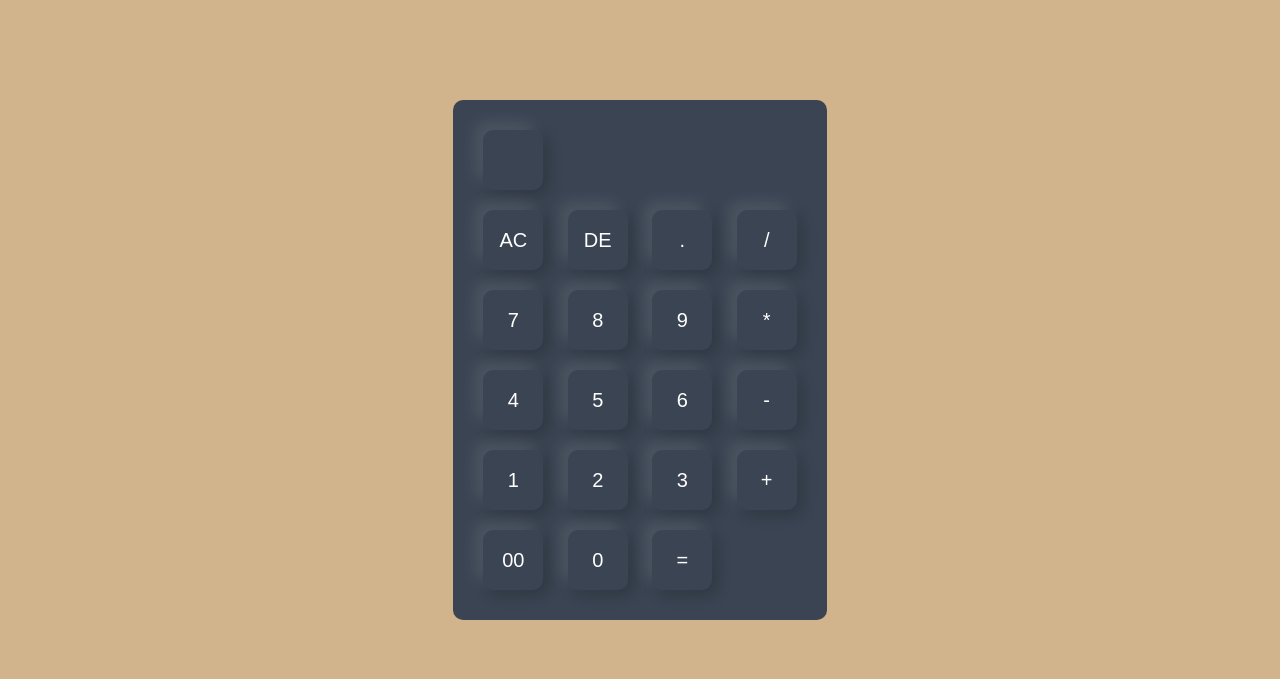
Repository: Anureet23/Calculator
Page: index.html
These files come from the project's save history. The page is drawn as it stood at one moment and after a run of saves; the edit follows.
The browser window is 1280 px wide. The pictures show the whole page.

Above is the page before, as saved 2023-02-07 22:59:12.

After the next 2 saves:
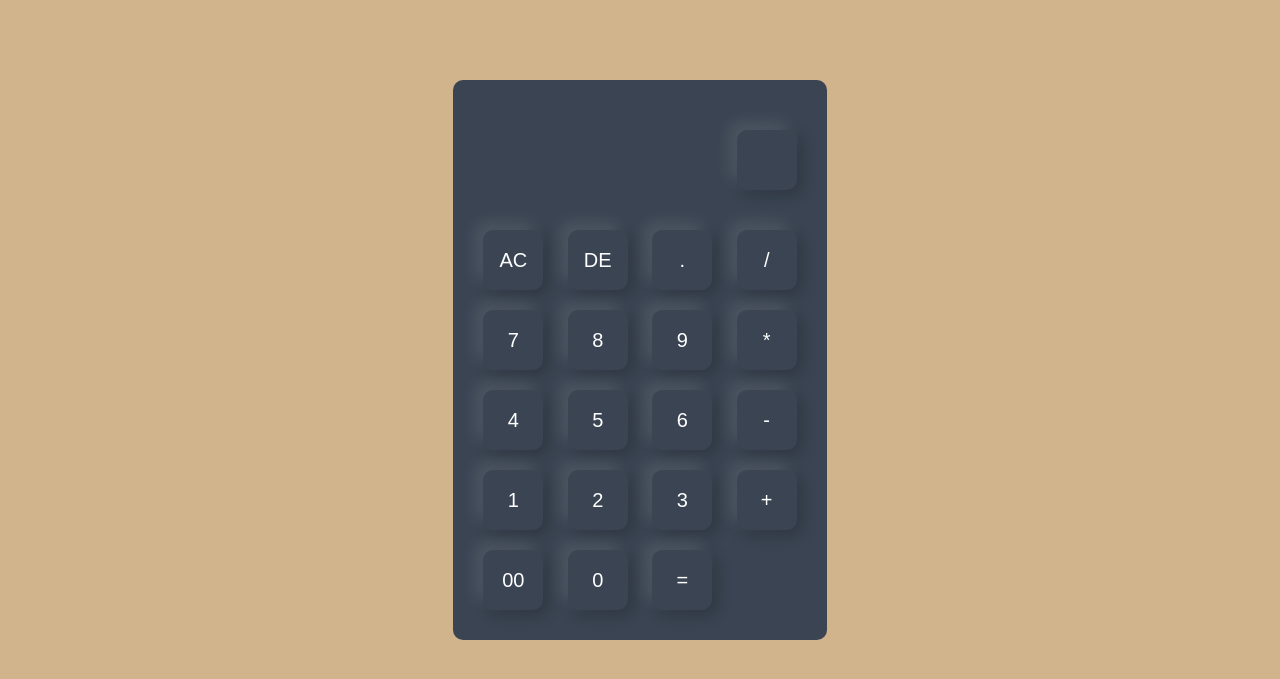
The 2 saves are shown as one change because they came seconds apart.
The last was saved 16 s later.
--- a/style.css
+++ b/style.css
@@ -33,6 +33,8 @@
     margin:10px;
 }
 form .display{
+
 display:flex;
-
+justify-content:flex-end;
+margin:20px 0;
 }
